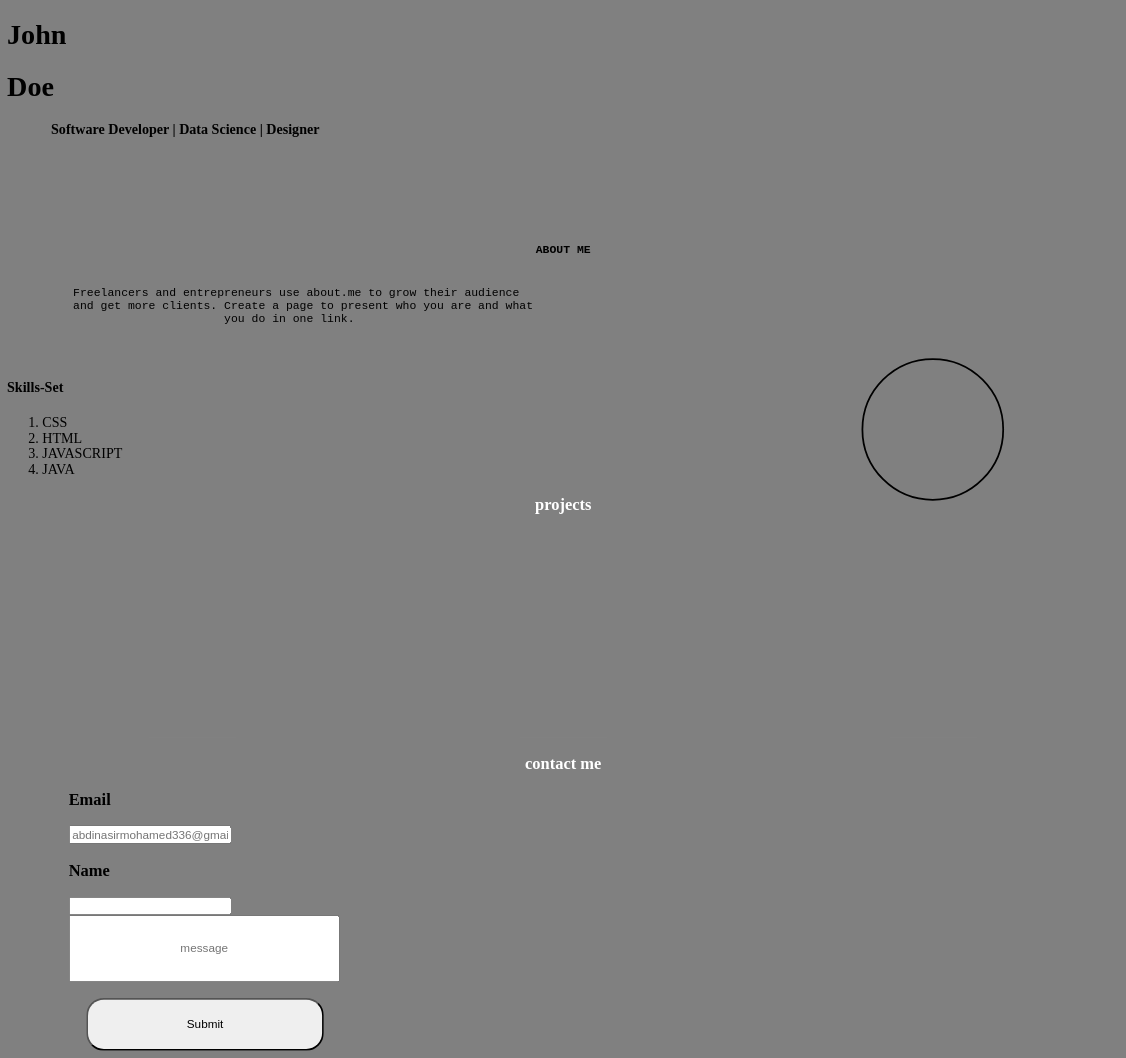
Repository: mrjayajay/week-1-code-challenges
Page: assignment/index.html
The author's editor kept a copy of each file at every save. The page is drawn from the files as they stood at one save, then again after the next save.
The browser window is 1280 px wide. The pictures show the whole page, at 88% of full size.

Above is the page before, as saved 2024-03-12 12:15:09.

### assignment/index.html
<!DOCTYPE html>
<html lang="en">
<head>
    <meta charset="UTF-8">
    <meta name="viewport" content="width=device-width, initial-scale=1.0">
    <title>ASSIGNMENT</title>
    <link rel="stylesheet" href="style.css">
</head>
<body>
    <h1>John</h1>
    <h1>Doe</H1>
    <div id="sof">
    <h4>Software Developer | Data Science | Designer</h4>
    </div>
     <div id="circ" class="list">
    <svg width="200" height="200">
    <circle cx="100" cy="100" r="80" fill="GREY" stroke="black" stroke-width="2"/></svg>

    </div>
    <div id="brief">
        <pre>
    <h4 id="head">ABOUT ME</h4>
        Freelancers and entrepreneurs use about.me to grow their audience
        and get more clients. Create a page to present who you are and what
                              you do in one link.
    </pre>
    </div>

    <h4>Skills-Set</h4>
    <ol>
        <li>CSS</li>
        <LI>HTML</LI>
        <LI>JAVASCRIPT</LI>
        <LI>JAVA</LI>
    </ol>
    <h3>projects</h3>
    <br>
    <div class="container1">
        <div class="box" id="box1"></div>
        <div class="box" id="box2"></div>
        <div class="box" id="box3"></div>
    </div>
    <br>
    <div class="container2">
    <div  class="box" id="box4"></div>
    <div class="box" id="box5"></div>
    <div class="box" id="box6"></div>
    </div>

    <h3>contact me</h3>

    <form>
        <div id="class">
            <h3 class="zenz">Email</h3>
            <input type="email" placeholder="abdinasirmohamed336@gmail.com" class="zenz">
        </div>
        <div id="class">
            <h3 class="zenz">Name</h3>
            <input type="text" class="zenz">
        </div>
        <div id="class">
            <input type="text" placeholder="message" id="brr" class="zenz">

        </div>
    <br>
    <div id="sub">
        <input type="submit" id="cnn" class="zenz">

    </div>
    </form>
</body>
</html>

### assignment/style.css
*{
    padding:0px
    margin:0px
}
body {
    background-color: grey;
    font-family: 'Times New Roman', Times, serif;
}
#name{
    color: white;
    margin-left: 40px;
}
h3{
    color: white;
    text-align: center;
}
.zenz{color: black;
text-align: left;
}
.frame{
    width:632px;
    height: 1813px;
    background-color: darkgrey;
    margin-left: 700px;
    top: -216px;
    left: -293px;
}
#brr{
    height: 70px;
    width: 300px;
    text-align: center;

}
#cnn{
    height: 60px;
    width: 270px;
    text-align: center;
    border-radius: 20px;
}
#circ{
    position: absolute;
    float:left;
    bottom: 90px;
    right: 120px;
    margin-bottom:3%;
}
#brief{
    margin-top: 5%;
    padding: 1%;
}
#head{
    text-align: center;
}
.container1{
    display: flex;
    flex-direction: row;
    justify-content: space-between;
    justify-content: space-around;
}
.container2{
    display: flex;
    flex-direction: row;
    justify-content: space-between;
    justify-content: space-around;
}
.box{
    width:100px;
    height: 100px;
    }
#box1{
    background-color: gray;
}
#box2{
    background-color: gray;
}
#box3{
    background-color: gray;
}
#box4{
    background-color: gray;
}
#box5{
    background-color: gray;
}
#box6{
    background-color: gray;
}
p{
    text-align: center;
}
#sof{
    margin-left: 50px;
}
#class{
    margin-left: 70px;
}
#Email{
    margin-left: 70px;
}
#sub{
    margin-left: 90px;
}
#skills{
    text-align: center;
}

After the next save:
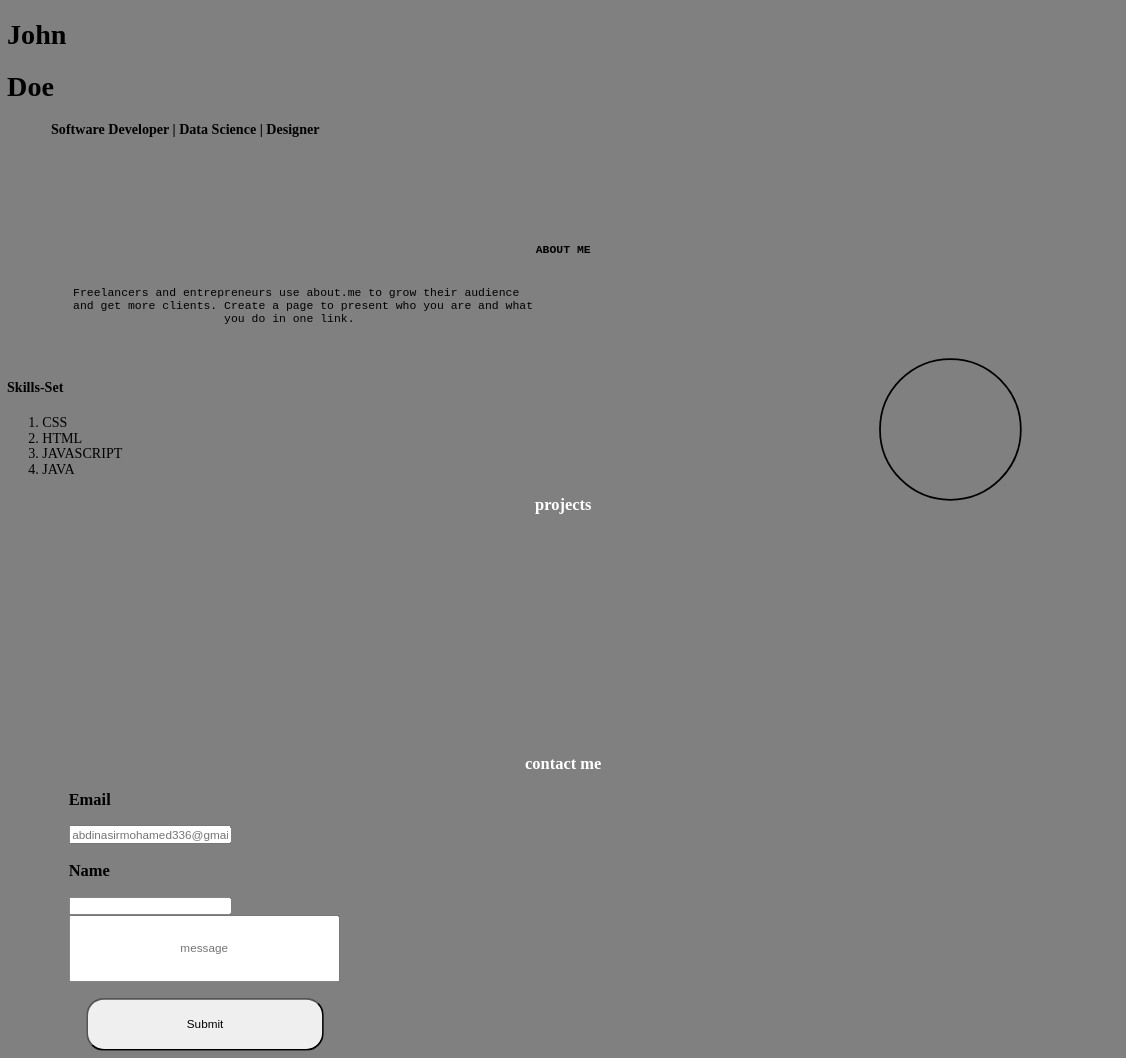
Saved 18 s later.
--- a/assignment/style.css
+++ b/assignment/style.css
@@ -41,7 +41,7 @@ text-align: left;
     position: absolute;
     float:left;
     bottom: 90px;
-    right: 120px;
+    right: 100px;
     margin-bottom:3%;
 }
 #brief{
